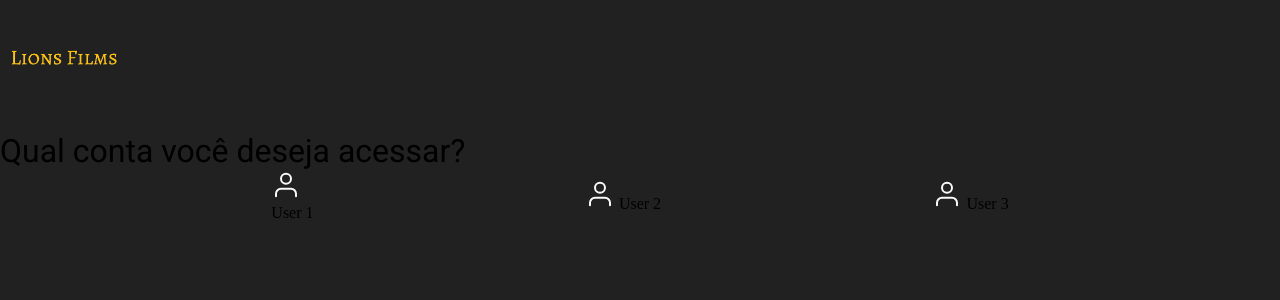
Repository: Leonngc/streaming-project
Page: index.html
The author's editor kept a copy of each file at every save. The page is drawn from the files as they stood at one save, then again after a run of saves.
The browser window is 1280 px wide. The pictures show the whole page.
The style sheet was rebuilt from its Sass, Less or Tailwind sources for each picture, by a compiler version that may differ from the author's.

Above is the page before, as saved 2023-09-02 12:38:52.

After the next 2 saves:
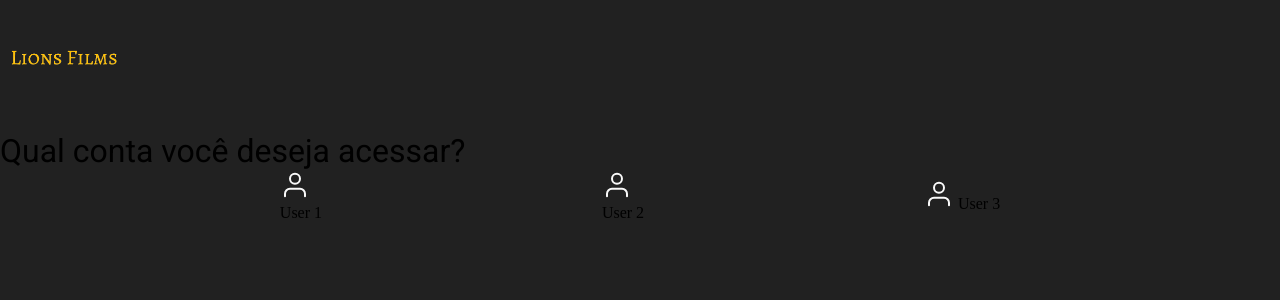
The 2 saves are shown as one change because they came seconds apart.
The last was saved 8 s later.
--- a/index.html
+++ b/index.html
@@ -18,7 +18,7 @@
                 <span>User 1</span>
             </div>
             <div class="users">
-                <user class="i"><a href=""><img src="streaming-assets/user.svg" alt=""></a></user>
+                <div class="user-img"><a href=""><img src="streaming-assets/user.svg" alt=""></a></div>
                 <Span>User 2</Span>
             </div>
             <div class="users">
